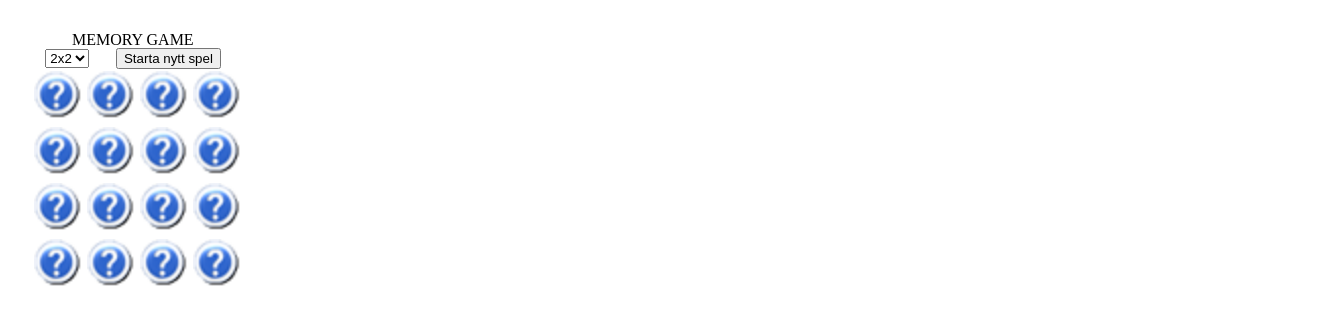
Repository: dv222bk/1dv403-laborationer
Page: 3-gameon/index.html
The author's editor kept a record of every edit. The page is drawn from the files as they stood at one moment, then again after the next edit.
The browser window is 1280 px wide. The page is 1344 px wide, so the pictures cover 1344 px, including what lies to the right of the window. The pictures show the whole page.
After loading, the first visible `a` was clicked once.

Above is the page before.
Console error: TypeError: Cannot set properties of undefined (setting 'src')

After the next edit:
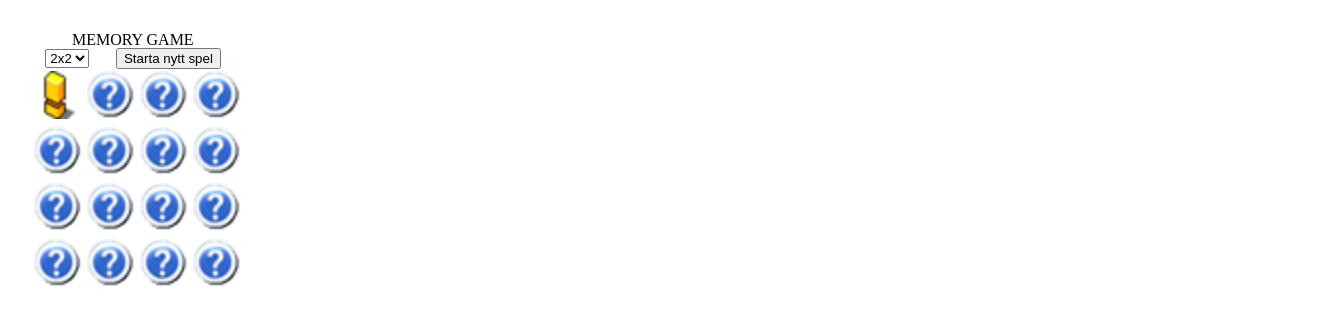
The error is gone.
The edit:
--- a/3-gameon/memory/script/memory.js
+++ b/3-gameon/memory/script/memory.js
@@ -60,8 +60,8 @@
 }
 
 MemoryGame.prototype.wrongTiles = function(memoryA1, memoryA2) {
-    memoryA1.firstchild.src = "memory/pics/0.png";
-    memoryA2.firstchild.src = "memory/pics/0.png";
+    memoryA1.childNodes[0].src = "memory/pics/0.png";
+    memoryA2.childNodes[0].src = "memory/pics/0.png";
     memoryA1.className = "";
     memoryA2.className = "";
 };
@@ -141,7 +141,7 @@
 };
 
 MemoryGame.prototype.checkImage = function(memoryA, imgNumber) {
-    memoryA.firstchild.src = "memory/pics/" + this.getPictureArray()[imgNumber] + ".png";
+    memoryA.childNodes[0].src = "memory/pics/" + this.getPictureArray()[imgNumber] + ".png";
     memoryA.className = "flipped"; // Mark the tile so that we know it's been clicked
     this.checkStatus(memoryA);
 };
@@ -153,7 +153,7 @@
         this.setTries(this.getTries() + 1);
         memoryA1 = flippedImages[0];
         memoryA2 = flippedImages[1];
-        if(memoryA1.firstchild.src !== memoryA2.firstchild.src) {
+        if(memoryA1.childNodes[0].src !== memoryA2.childNodes[0].src) {
             this.startWrongTiles(memoryA1, memoryA2);
         } else {
             /* Mark the correct tiles so they can't be clicked again */
